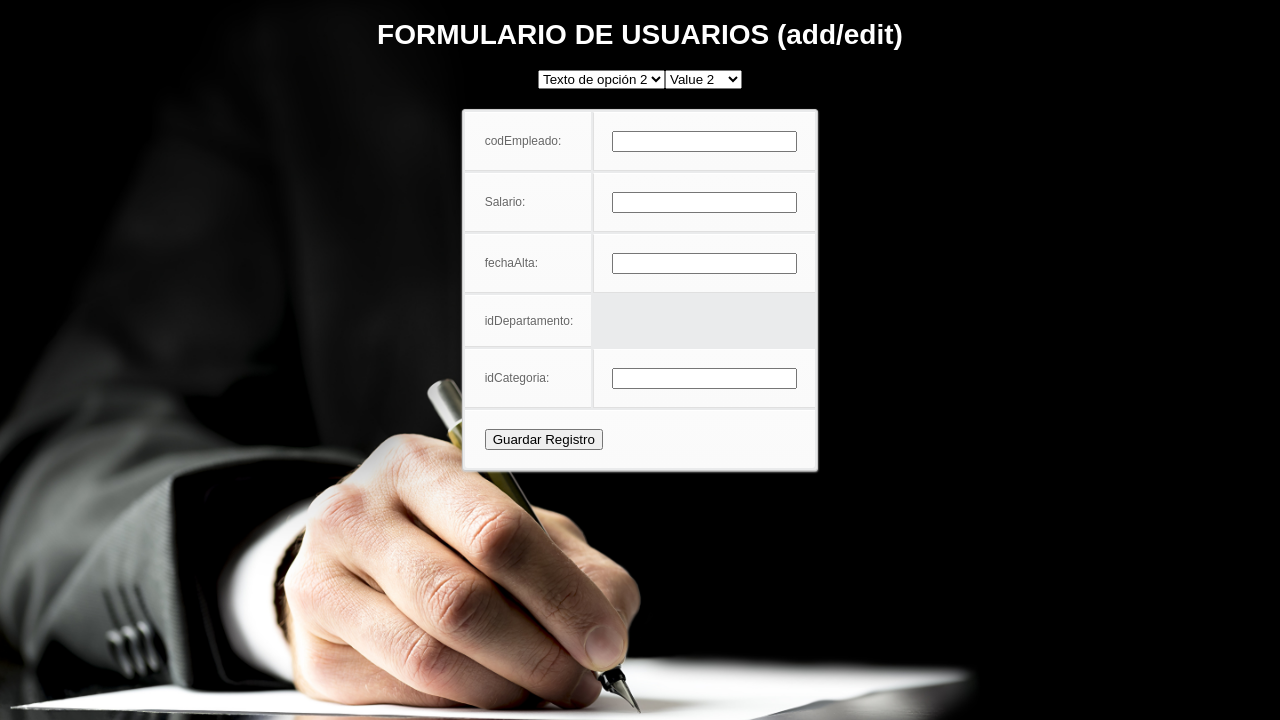
Repository: Sirfernandisco/ProyectoAgenda
Page: http://localhost/PorFinAgenda/WEB-INF/view/darAlta.jsp
These files come from the project's save history. The page is drawn as it stood at one moment and after the next save; the edit follows.
The browser window is 1280 px wide. The pictures show the whole page.
The page is served by Tomcat 9. Nobody is signed in. The template is opened directly, without the code that normally fills it, so the values that code supplies are empty.

Above is the page before, as saved 2018-06-07 15:02:29.

After the next save:
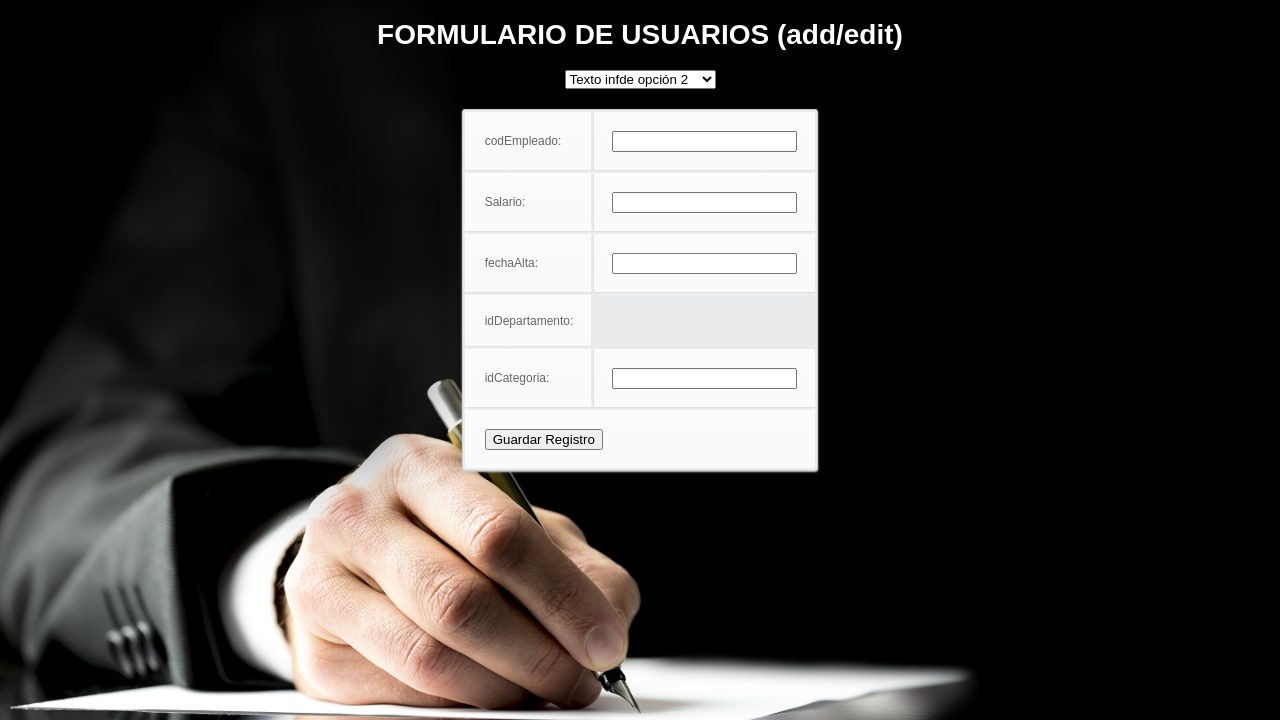
Saved 44 s later.
--- a/PorFinAgenda/src/main/webapp/WEB-INF/view/darAlta.jsp
+++ b/PorFinAgenda/src/main/webapp/WEB-INF/view/darAlta.jsp
@@ -31,16 +31,10 @@
 					<td>idDepartamento:</td>
 					<%-- 					<td><form:input path="departamentos.iddepartamento" /></td> --%>
 					<select name="departamentos.iddepartamento">
-						<option value="1">Texto de opción 1</option>
-						<option value="2" selected>Texto de opción 2</option>
-						<option value="3">Texto de opción 3</option>
-						<option value="4">Texto de opción 4</option>
-					</select>
-					<select name="select">
-						<option value="1" path="departamentos.iddepartamento">1-
-							RRHH</option>
-						<option value="value2" selected>Value 2</option>
-						<option value="value3">Value 3</option>
+						<option value="1">Texto de rrhhopción 1</option>
+						<option value="2" selected>Texto infde opción 2</option>
+						<option value="3">Texto delogopción 3</option>
+						<option value="4">Texto dedir opción 4</option>
 					</select>
 				</tr>
 				<tr>
